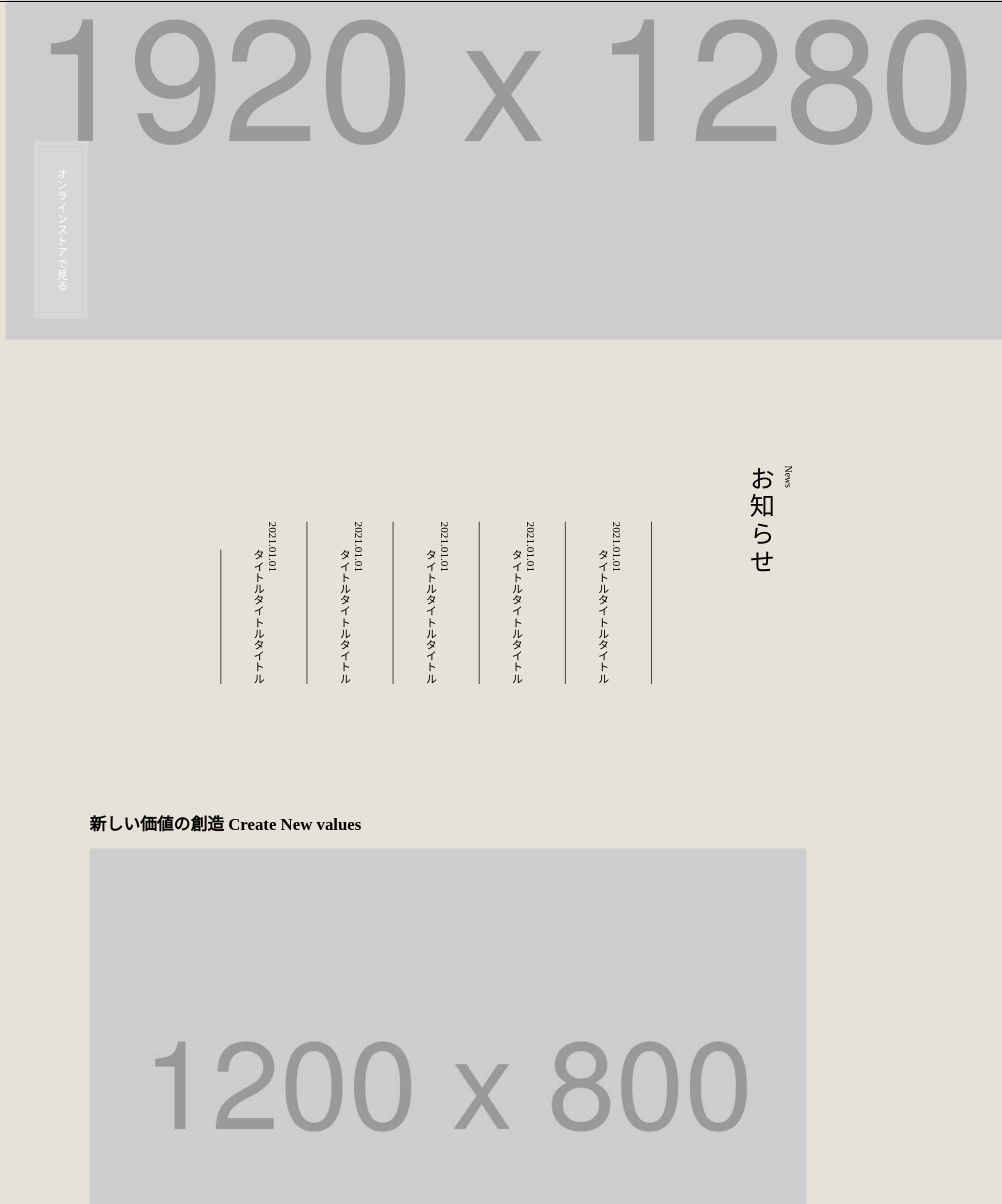
Repository: Fuki-san/wagashi
Page: http://localhost/wagashi
The author's editor kept a copy of each file at every save. The page is drawn from the files as they stood at one save, then again after a run of saves.
The browser window is 1280 px wide. The page is 1432 px wide, so the pictures cover 1432 px, including what lies to the right of the window. The pictures show the part of the page from y = 363 to 2083 px (the page is 3955 px tall), at 70% of full size.
The page is served by the project's Laravel application, run on PHP 8.4 with Laravel 10.

Above is the page before, as saved 2023-12-09 15:46:27.

After the next 2 saves:
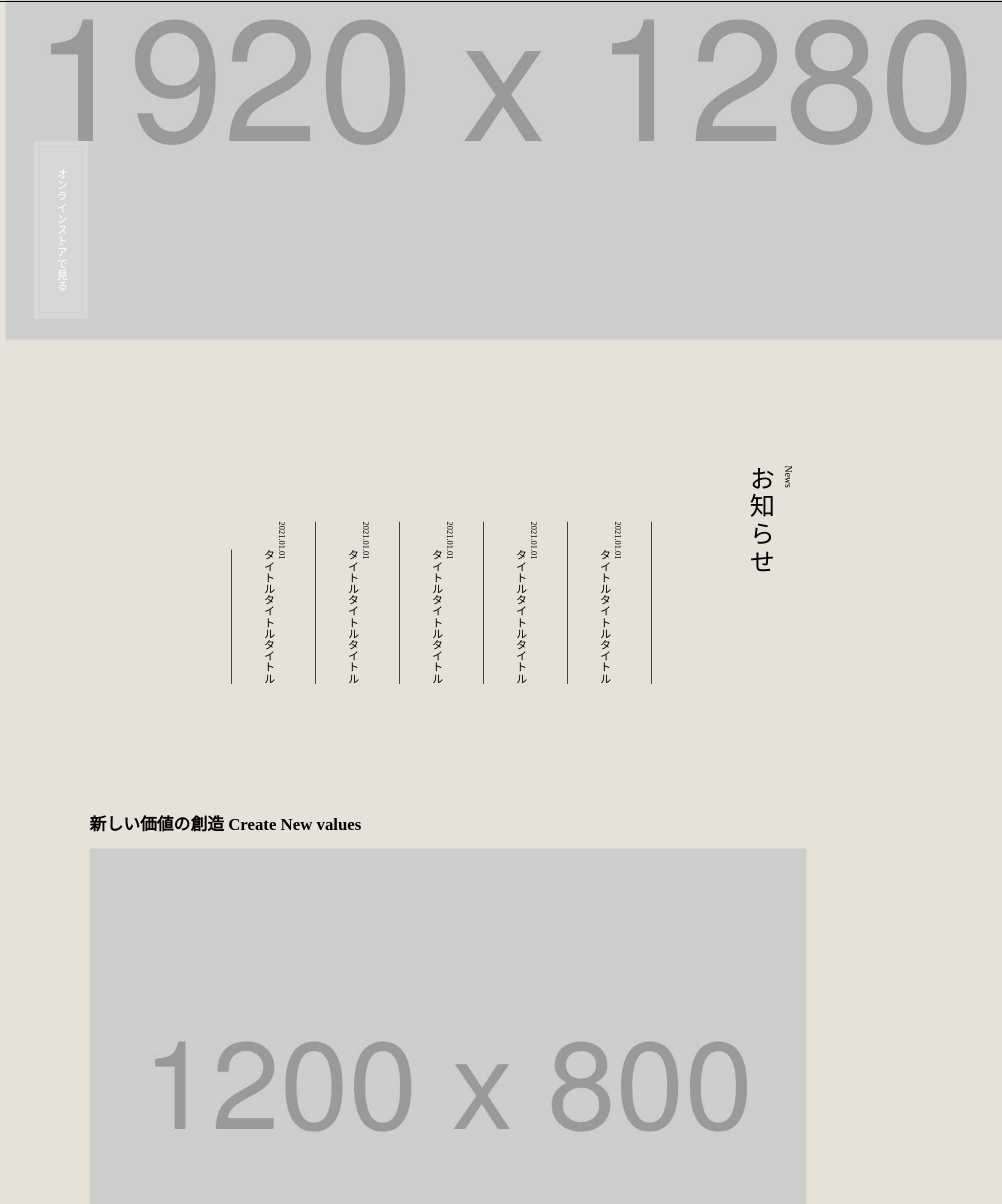
The 2 saves are shown as one change because they came seconds apart.
The last was saved 19 s later.
--- a/public/css/style.css
+++ b/public/css/style.css
@@ -111,7 +111,7 @@ li{
 }
 #news .list dt{
     border-right: solid 1px #000;
-    font-
+    font-size: 0.75rem;
 }
 #news .list dd{
     padding-left: 40px;
